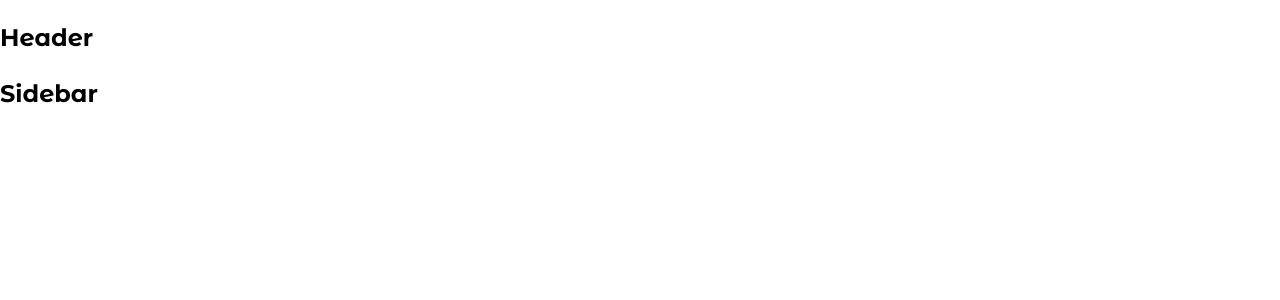
Repository: thinh909thinh/tiktok
Page: /
The author's editor kept a copy of each file at every save. The page is drawn from the files as they stood at one save, then again after the next save.
The browser window is 1280 px wide. The pictures show the whole page.
The project was rebuilt for these pictures with package versions that can differ from the ones it lists, and the page was loaded fresh each time. Also part of the build but not shown: src/components/Layout/HeaderOnly/index.js, src/pages/Followwing/index.js, src/pages/Profile/index.js, src/pages/Upload/index.js, src/pages/Seach/index.js. Imported but missing from the stored project, and not drawn on this page: src/components/Layout/HeaderOnly/Header.

Above is the page before, as saved 2022-08-26 10:43:02.

### src/index.js
import React from 'react';
import ReactDOM from 'react-dom/client';
import App from '~/App';
import reportWebVitals from './reportWebVitals';
import GlobalStyles from '~/components/GlobalStyles';
const root = ReactDOM.createRoot(document.getElementById('root'));
root.render(
    <React.StrictMode>
        <GlobalStyles>
            <App />
        </GlobalStyles>
    </React.StrictMode>,
);

// If you want to start measuring performance in your app, pass a function
// to log results (for example: reportWebVitals(console.log))
// or send to an analytics endpoint. Learn more: https://bit.ly/CRA-vitals
reportWebVitals();

### src/App.js
import { BrowserRouter as Router, Route, Routes } from 'react-router-dom';
import { Fragment } from 'react';
import { publicRoutes } from '~/routes';
import { DefaultLayout } from '~/components/Layout';
function App() {
    return (
        <Router>
            <div className="App">
                <Routes>
                    {publicRoutes.map((route, index) => {
                        const Page = route.component;
                        let Layout = DefaultLayout;
                        if (route.layout) {
                            Layout = route.layout;
                        } else if (route.layout === null) {
                            Layout = Fragment;
                        }
                        return (
                            <Route
                                key={index}
                                path={route.path}
                                element={
                                    <Layout>
                                        <Page />
                                    </Layout>
                                }
                            />
                        );
                    })}
                </Routes>
            </div>
        </Router>
    );
}
export default App;

### src/routes/index.js
import { HeaderOnly } from '~/components/Layout';
// pages
import Home from '~/pages/Home';
import Following from '~/pages/Followwing';
import Profile from '~/pages/Profile';
import Upload from '~/pages/Upload';
import Seach from '~/pages/Seach';
// publicRoutes
const publicRoutes = [
    { path: '/', component: Home },
    { path: '/following', component: Following },
    { path: '/profile', component: Profile },
    { path: '/upload', component: Upload, layout: HeaderOnly },
    { path: '/seach', component: Seach, layout: null },
];
const privateRoutes = [];
export { publicRoutes, privateRoutes };

### src/components/GlobalStyles/GlobalStyles.scss
@import 'normalize.css';
@import url('https://fonts.googleapis.com/css2?family=Montserrat+Alternates:wght@300;400;500;600;700&family=Montserrat:ital,wght@1,900&display=swap');
:root {
    --primary: #fe2c55;
}
* {
    box-sizing: border-box;
}
html {
    font-size: 62.5%;
}
body {
    font-family: 'Montserrat', sans-serif;
    font-family: 'Montserrat Alternates', sans-serif;
    font-size: 1.6rem;
    line-height: 1.5;
    text-rendering: optimizeSpeed;
}

### src/components/Layout/DefaultLayout/index.js
import Header from './Header';
import Sidebar from './Sidebar';
function DefaultLayout() {
    return (
        <div>
            <Header />
            <div className="container">
                <Sidebar />
                <div className="content"></div>
            </div>
        </div>
    );
}

export default DefaultLayout;

Loaded but not shown: public/index.html (common file); src/reportWebVitals.js (common file); src/components/GlobalStyles/index.js (common file); src/components/Layout/index.js (common file); src/components/Layout/DefaultLayout/Header/index.js (common file); src/components/Layout/DefaultLayout/Sidebar/index.js (common file); src/pages/Home/index.js (common file); src/components/Layout/components/Header/index.js (common file)

After the next save:
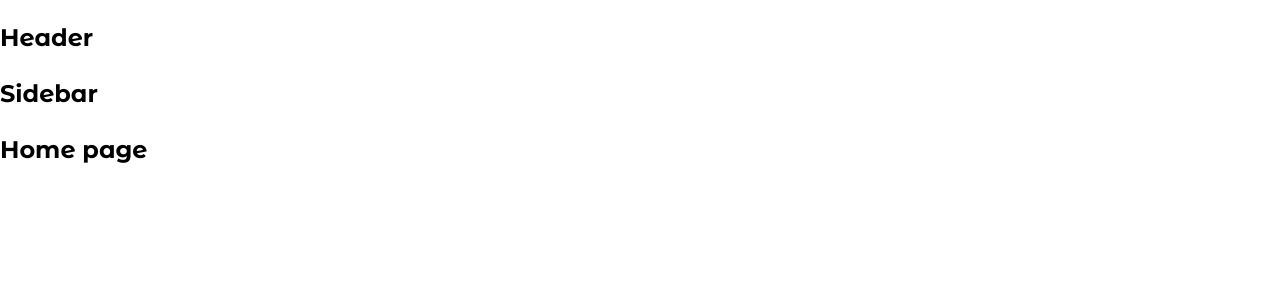
Saved 5 min 14 s later.
--- a/src/components/Layout/DefaultLayout/index.js
+++ b/src/components/Layout/DefaultLayout/index.js
@@ -1,12 +1,12 @@
-import Header from './Header';
+import Header from '~/components/Layout/components/Header';
 import Sidebar from './Sidebar';
-function DefaultLayout() {
+function DefaultLayout({ children }) {
     return (
         <div>
             <Header />
             <div className="container">
                 <Sidebar />
-                <div className="content"></div>
+                <div className="content">{children}</div>
             </div>
         </div>
     );
